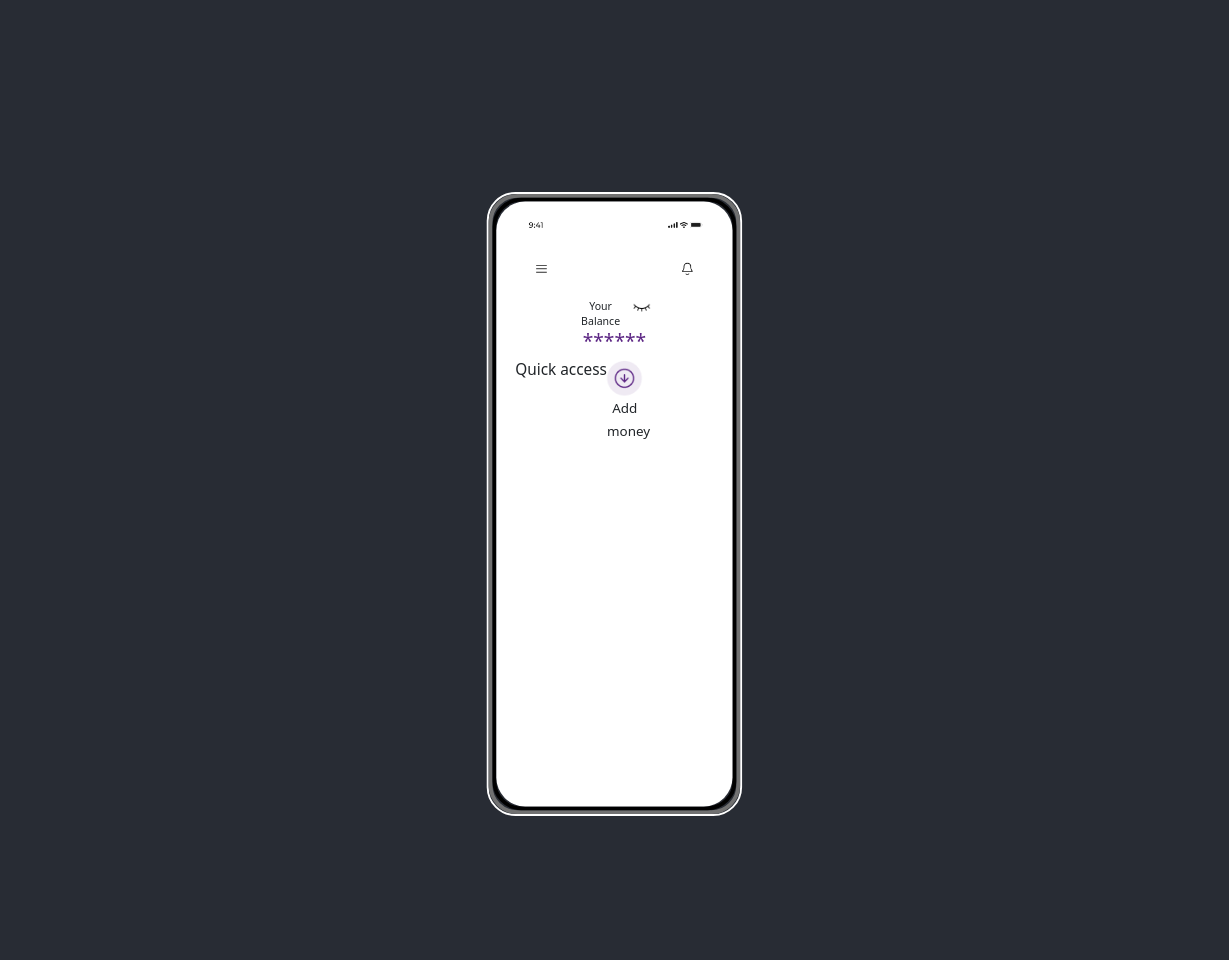
Repository: sarahnnanyelugo/fcmb-hackathon
Page: /
An editor plug-in stored every save of this project. The page is shown before and after the next save, followed by the edit.
The browser window is 1280 px wide. The pictures show the whole page, at 96% of full size.
The project was rebuilt for these pictures with package versions that can differ from the ones it lists, and the page was loaded fresh each time.

Above is the page before, as saved 2023-10-28 18:28:18.

### src/App.js
import "bootstrap/dist/css/bootstrap.min.css";
import Top from "./assets/images/top.png";
import Menu from "./assets/images/menu.png";
import Bell from "./assets/images/bell.png";
import Eye from "./assets/images/eye.png";
import Eye2 from "./assets/images/eye2.png";
import Add from "./assets/images/add.png";
import Transfer from "./assets/images/trans.png";
import Card from "./assets/images/atm.png";
import Mobile from "./assets/images/topup.png";
import Lending from "./assets/images/lend.png";
import Data from "./assets/images/data.png";
import "./App.scss";
import { useState } from "react";

function App() {
  const [showBalance, setShowBalance] = useState(false);
  const [balance, setBalance] = useState("");

  const toggleShowBalance = () => {
    setShowBalance(!showBalance);
  };
  return (
    <>
      <div className="app-header">
        <center>
          <div className="col-md-3">
            <center>
              <div className="col-md-10 app">
                <div className="app-inner">
                  <div className="app-inner2">
                    <div className="app-face">
                      <img src={Top} alt="icon" width="100%" />
                      <div className="flexy" style={{ padding: "20px" }}>
                        <div className="col-md-1 ">
                          {" "}
                          <img src={Menu} alt="icon" width="100%" />
                        </div>
                        <div className="col-md-1 offset-md-10">
                          {" "}
                          <img src={Bell} alt="icon" width="100%" />
                        </div>
                      </div>
                      <center>
                        <div className="col-md-5 balance">
                          <div className="flexy">
                            <small className="col-md-8"> Your Balance </small>
                            <span
                              onClick={toggleShowBalance}
                              className="col-md-4"
                            >
                              {showBalance ? (
                                <img
                                  className=""
                                  src={Eye}
                                  alt="Scholar"
                                  width="60%"
                                />
                              ) : (
                                <img
                                  className=""
                                  src={Eye2}
                                  alt="Scholar"
                                  width="80%"
                                />
                              )}
                            </span>
                          </div>
                          <h5>{showBalance ? "₦2,000" : "******"}</h5>
                        </div>
                      </center>
                      <h6 style={{ float: "left" }}>Quick access</h6>
                      <div className="flexy">
                        <div className="col-md-4">
                          <center>
                            {" "}
                            <img src={Add} alt="icon" width="100%" />
                            <small>Add money</small>
                          </center>
                        </div>
                      </div>
                    </div>
                  </div>
                </div>
              </div>
            </center>
          </div>
        </center>
      </div>
    </>
  );
}

export default App;

### src/App.scss
.app-header {
  background-color: #282c34;
  height: 1000px;
  padding-top: 200px;
  width: 100%;
}

.app {
  border: solid 2px #fff;
  height: 650px;
  border-radius: 30px;
}
.app-inner {
  border: solid 4px #717171;
  height: 100%;
  border-radius: 30px;
}
.app-inner2 {
  border: solid 4px #000;
  height: 100%;
  border-radius: 30px;
}
.app-face {
  background: #fff;
  height: 100%;
  border-radius: 30px;
  padding: 10px 20px;
}
.flexy {
  display: flex;
}
.flexy1 {
  flex-grow: 1;
}
.balance {
  h5 {
    color: #5c2684;
  }
  small {
    font-size: 11px;
  }
  img {
    margin-top: -10px;
  }
}

Loaded but not shown: public/index.html (common file); src/index.js (common file); src/index.css (common file); src/reportWebVitals.js (common file)

After the next save:
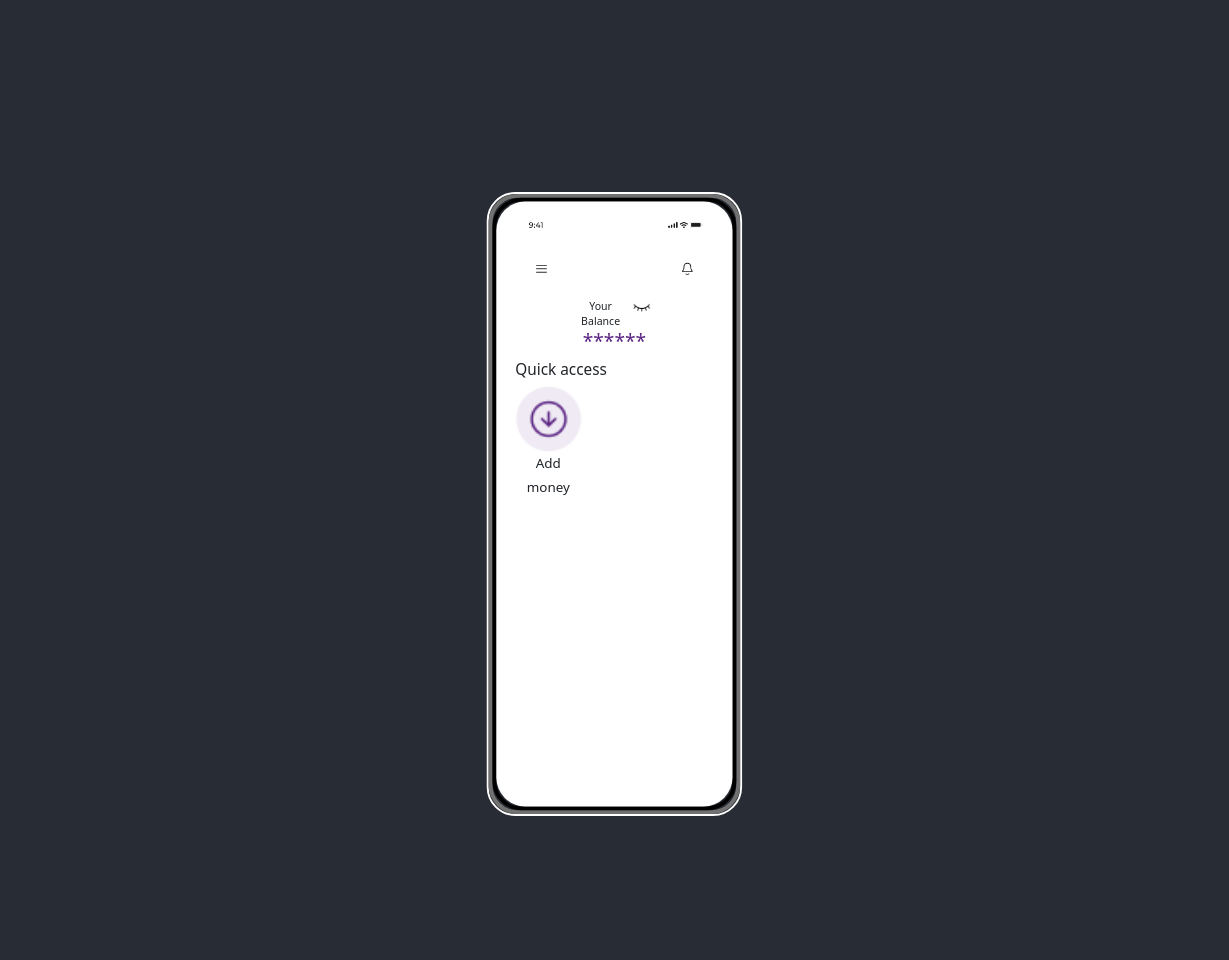
Saved 32 s later.
--- a/src/App.js
+++ b/src/App.js
@@ -70,7 +70,7 @@ function App() {
                         </div>
                       </center>
                       <h6 style={{ float: "left" }}>Quick access</h6>
-                      <div className="flexy">
+                      <div className="flexy col-md-12">
                         <div className="col-md-4">
                           <center>
                             {" "}
